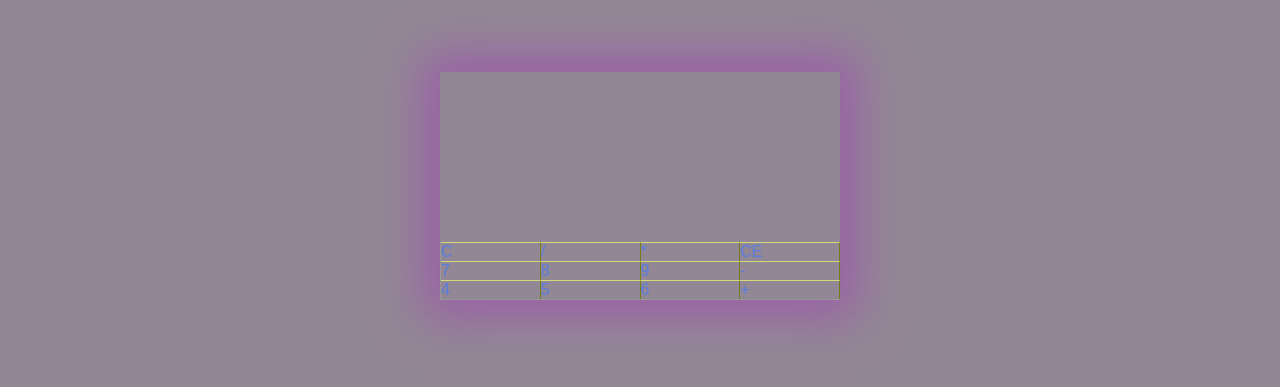
Repository: LuisMiLR/Calculatrice-with-JS---HTML---CSS-
Page: index.html
These files come from the project's save history. The page is drawn as it stood at one moment and after a run of saves; the edit follows.
The browser window is 1280 px wide. The pictures show the whole page.

Above is the page before, as saved 2023-03-20 22:21:01.

After the next 2 saves:
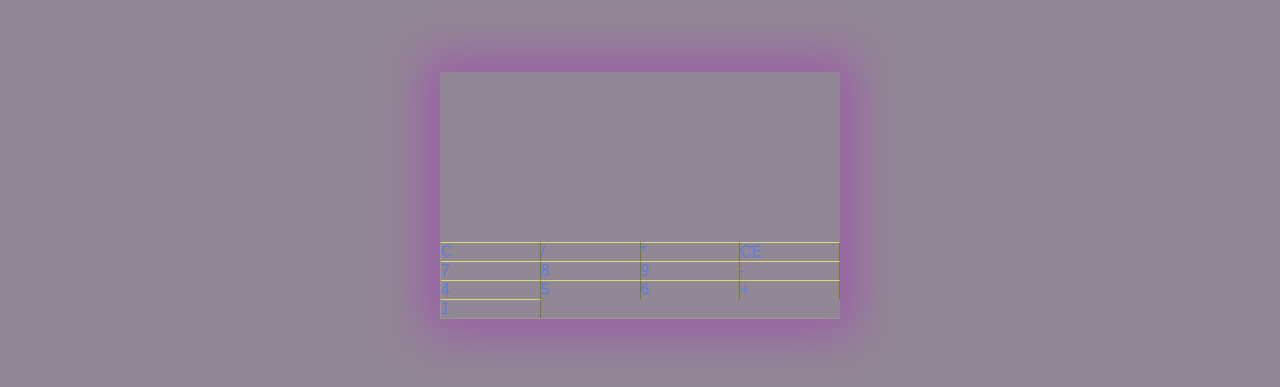
The 2 saves are shown as one change because they came seconds apart.
The last was saved 8 s later.
--- a/apps.js
+++ b/apps.js
@@ -70,5 +70,5 @@ buttons.appendChild(button11);
 
 const button12 = document.createElement('div');
 button12.className = "button";
-button12.textContent = "+";
-buttons.appendChild(button11);
+button12.textContent = "1";
+buttons.appendChild(button12);
